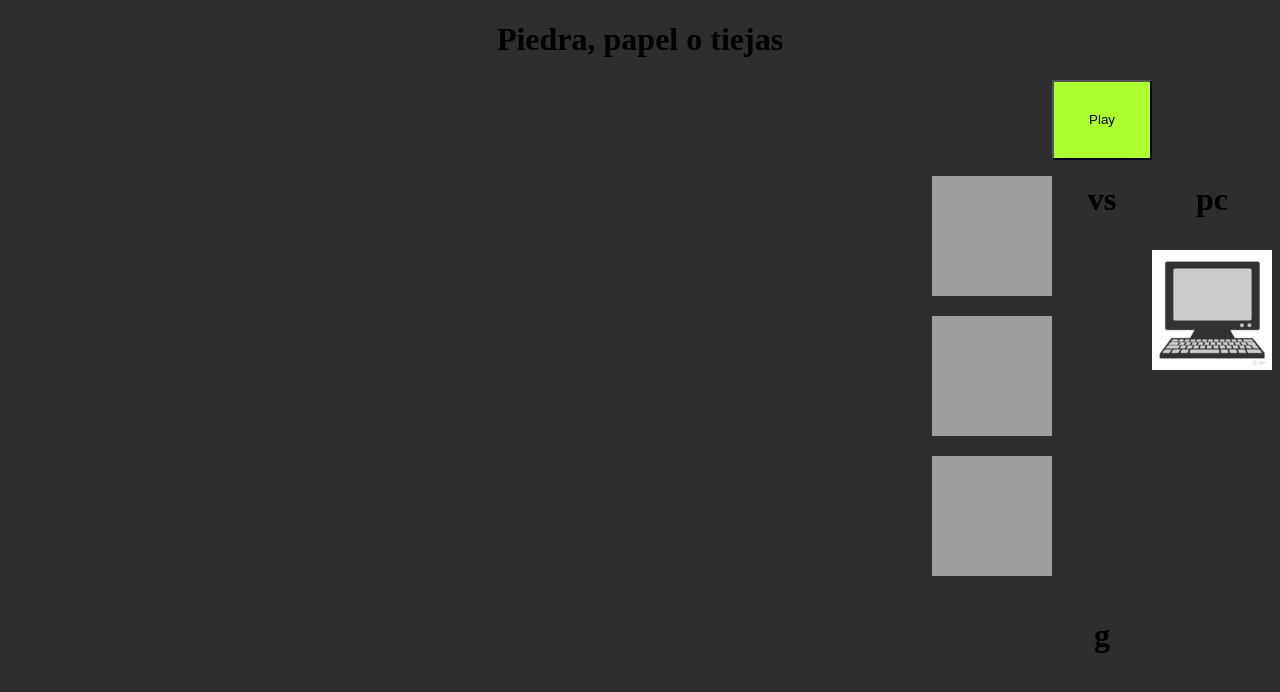
Repository: Kevin8548/FundamentosJS
Page: scissors.html
The author's editor kept a copy of each file at every save. The page is drawn from the files as they stood at one save, then again after the next save.
The browser window is 1280 px wide. The pictures show the whole page.
Pictures or frames that could not be fetched are drawn as grey boxes.

Above is the page before, as saved 2024-09-23 05:46:51.
Console error: SyntaxError: Unexpected token ';'

After the next save:
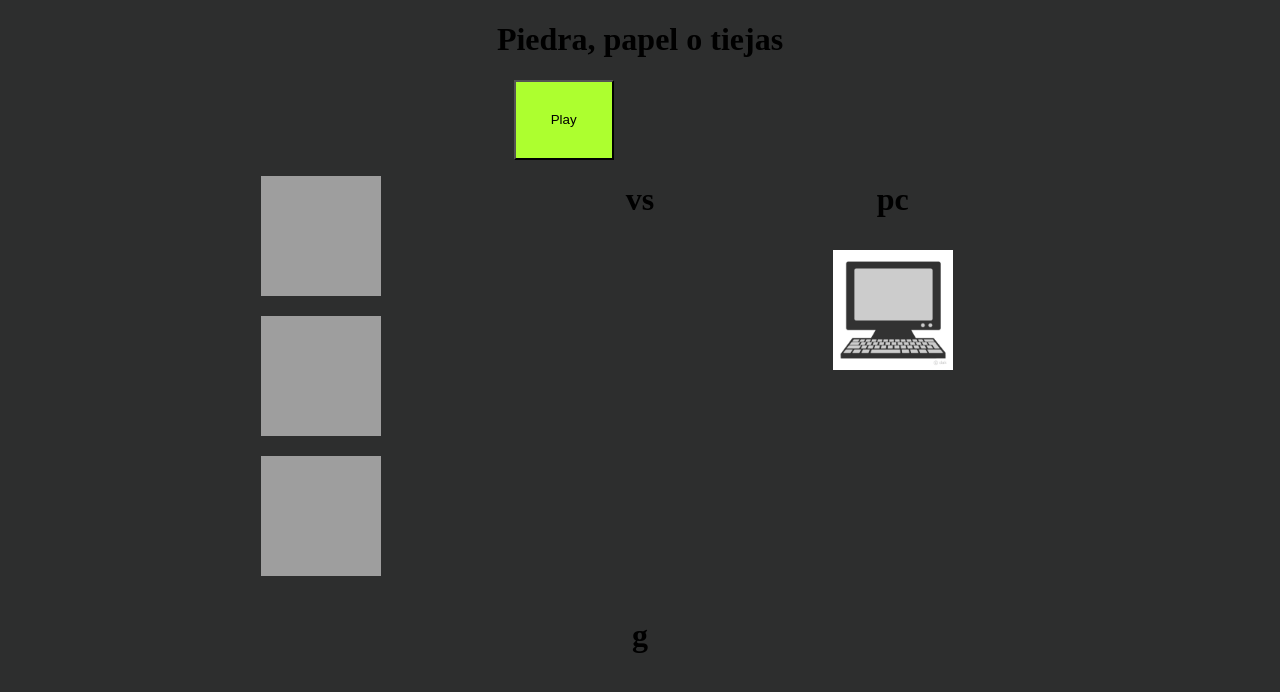
Saved 10 s later.
--- a/style.css
+++ b/style.css
@@ -1,6 +1,6 @@
 .parent {
 display:grid ;
-grid-template-columns: repeat(1, 1fr);
+grid-template-columns: repeat(5, 1fr);
 grid-template-rows: repeat(1, 1fr);
 grid-column-gap: 0px;
 grid-row-gap: 0px;
